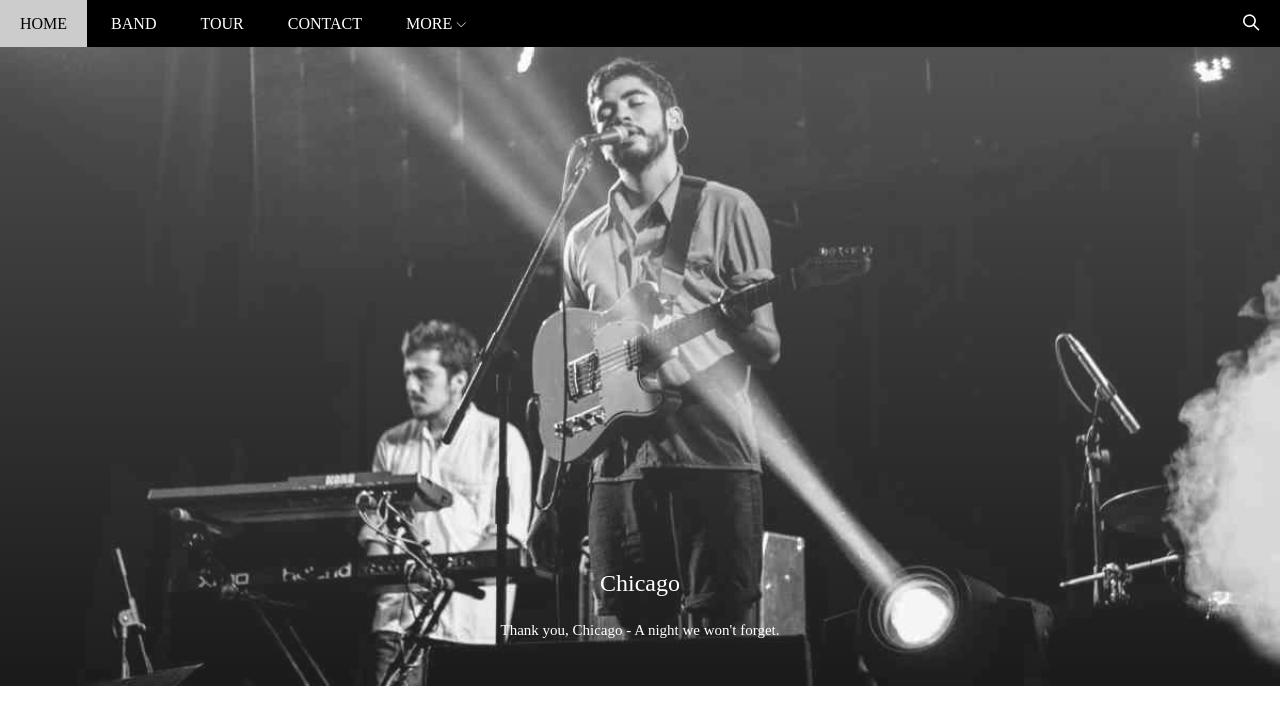
Repository: Dino0411/Dino0411.github.io
Page: index.html
The author's editor kept a copy of each file at every save. The page is drawn from the files as they stood at one save, then again after the next save.
The browser window is 1280 px wide. The pictures show the whole page.

Above is the page before, as saved 2021-10-04 00:16:09.

After the next save:
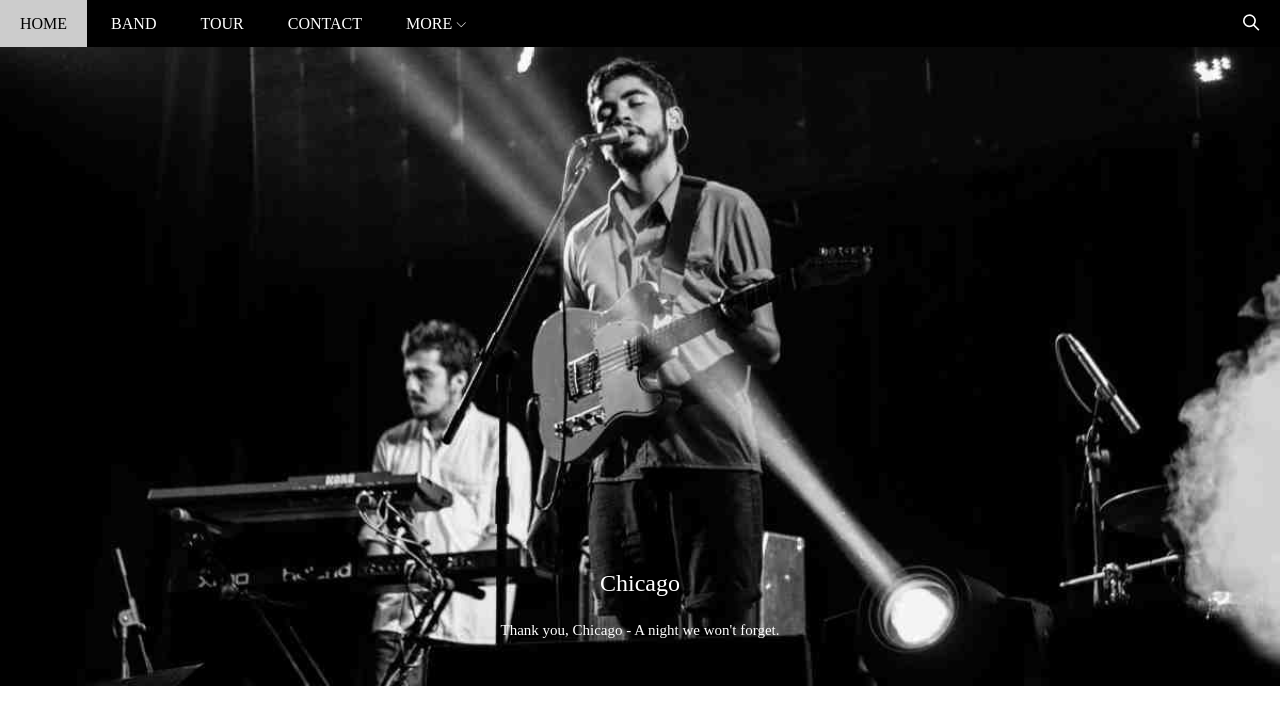
Saved 9 s later.
--- a/assets/css/style.css
+++ b/assets/css/style.css
@@ -96,11 +96,7 @@ TODO:tổng quan đến chi tiết
   position: relative;
   margin-top: 46px;
   padding-top: 50%;
-  background: linear-gradient(
-      rgba(255, 255, 255, 0.3),
-      rgba(255, 255, 255, 0.1)
-    ),
-    url("/assets/img/slider/slider1.jpg") top center / cover no-repeat;
+  background: url("/assets/img/slider/slider1.jpg") top center / cover no-repeat;
 }
 #slider .text-content {
   position: absolute;
